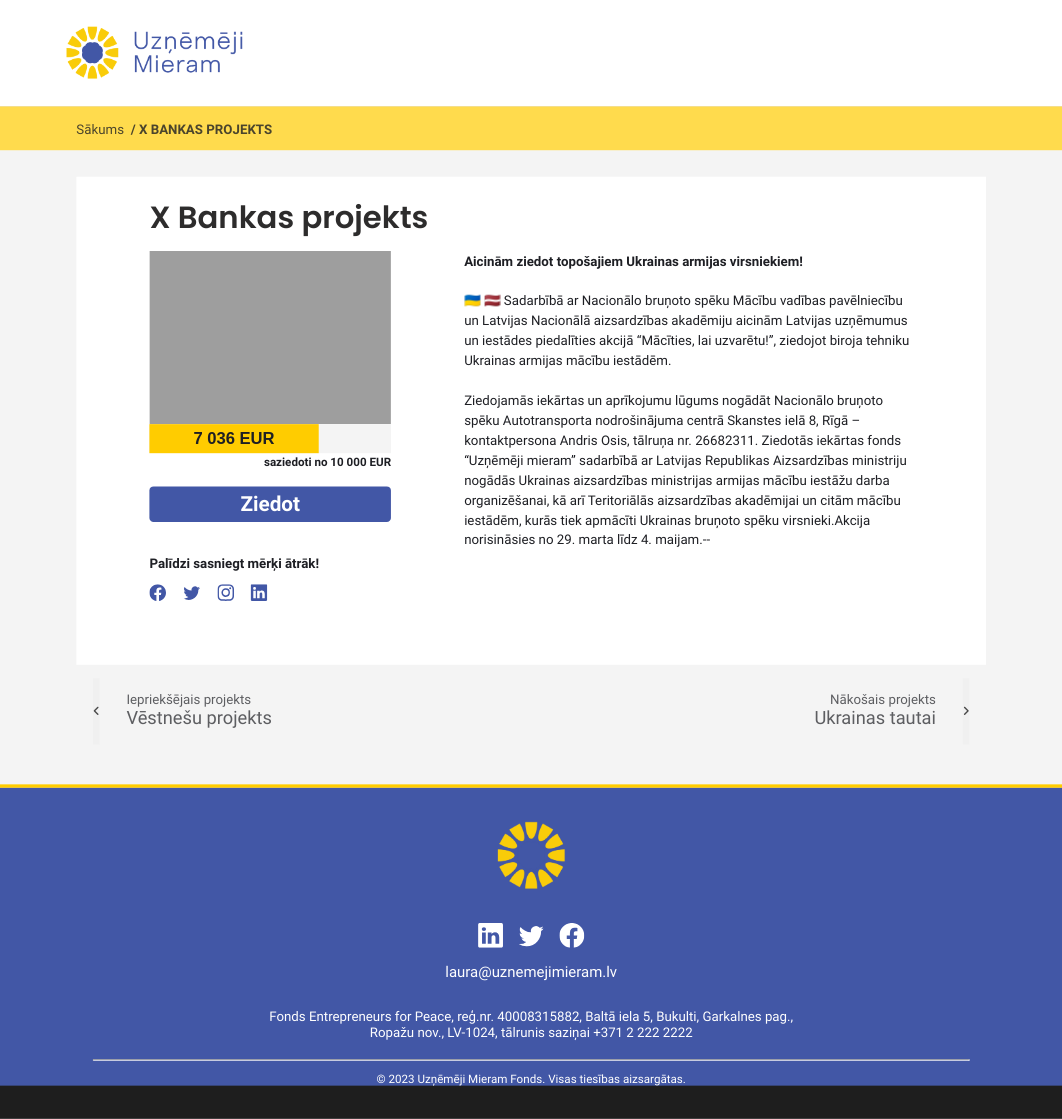
Repository: KatrinaPa/projekts11
Page: projekts-xbank.html
These files come from the project's save history. The page is drawn as it stood at one moment and after the next save; the edit follows.
The browser window is 1280 px wide. The pictures show the whole page, at 83% of full size.
Pictures or frames that could not be fetched are drawn as grey boxes.

Above is the page before, as saved 2023-05-30 23:56:41.
Console error: TypeError: Cannot read properties of null (reading 'children')

After the next save:
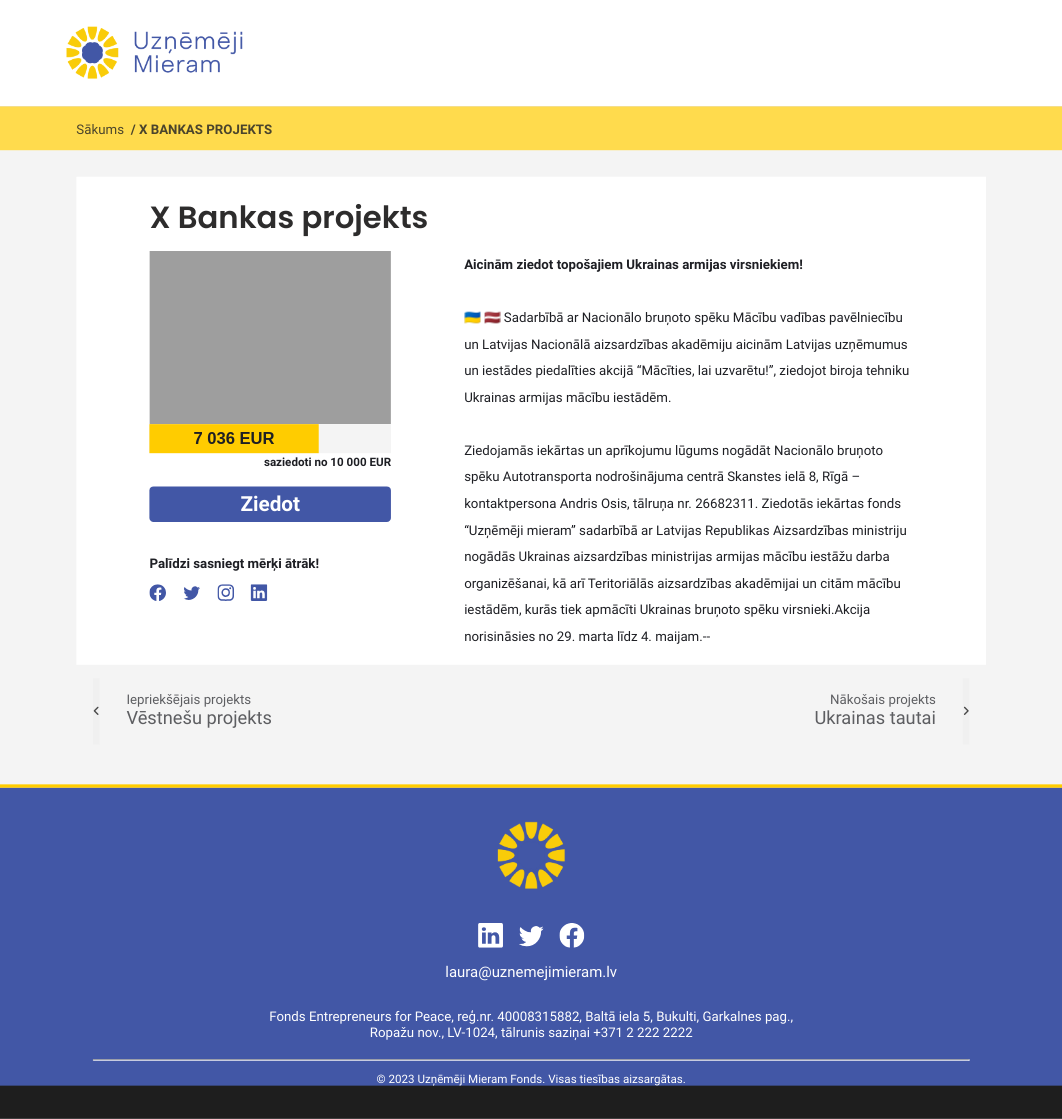
Saved 35 s later.
--- a/assets/projekti.css
+++ b/assets/projekti.css
@@ -90,7 +90,7 @@ h1 {
 
 .donate_project-right p {
     margin-block-start: 0;
-    line-height: 24px;
+    line-height: 32px;
     font-size: 16px;
     color: #1E1F24;
 }
